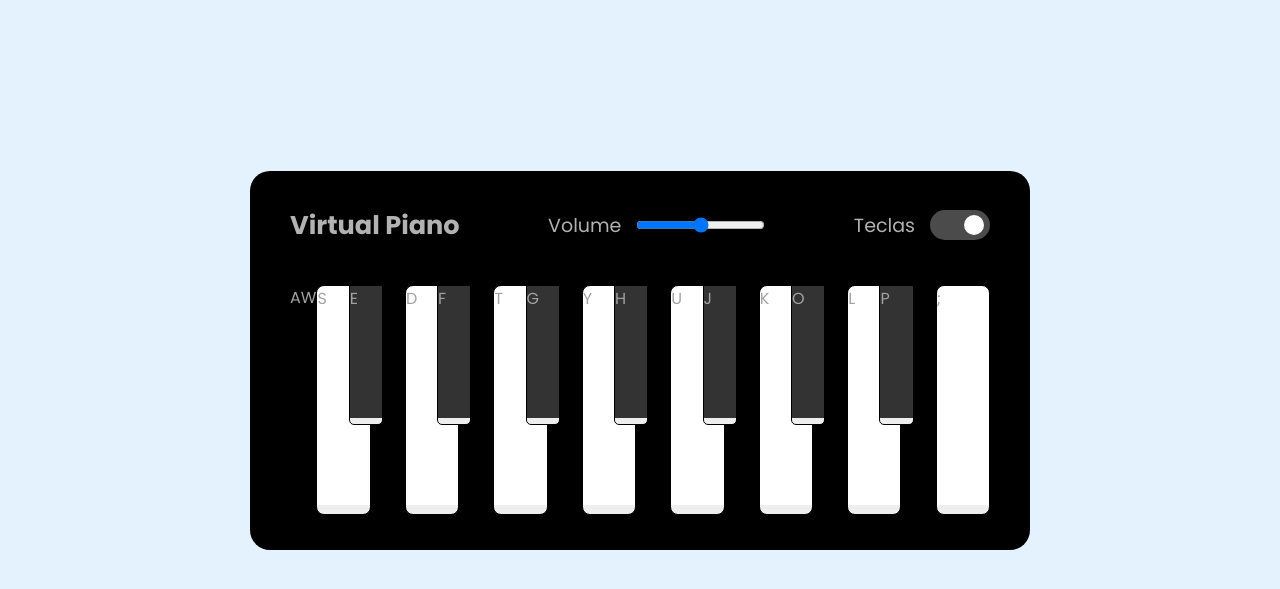
Repository: gustavotwist/simulador-piano
Page: index.html
The author's editor kept a copy of each file at every save. The page is drawn from the files as they stood at one save, then again after a run of saves.
The browser window is 1280 px wide. The pictures show the whole page.

Above is the page before, as saved 2024-11-30 17:58:59.

After the next 3 saves:
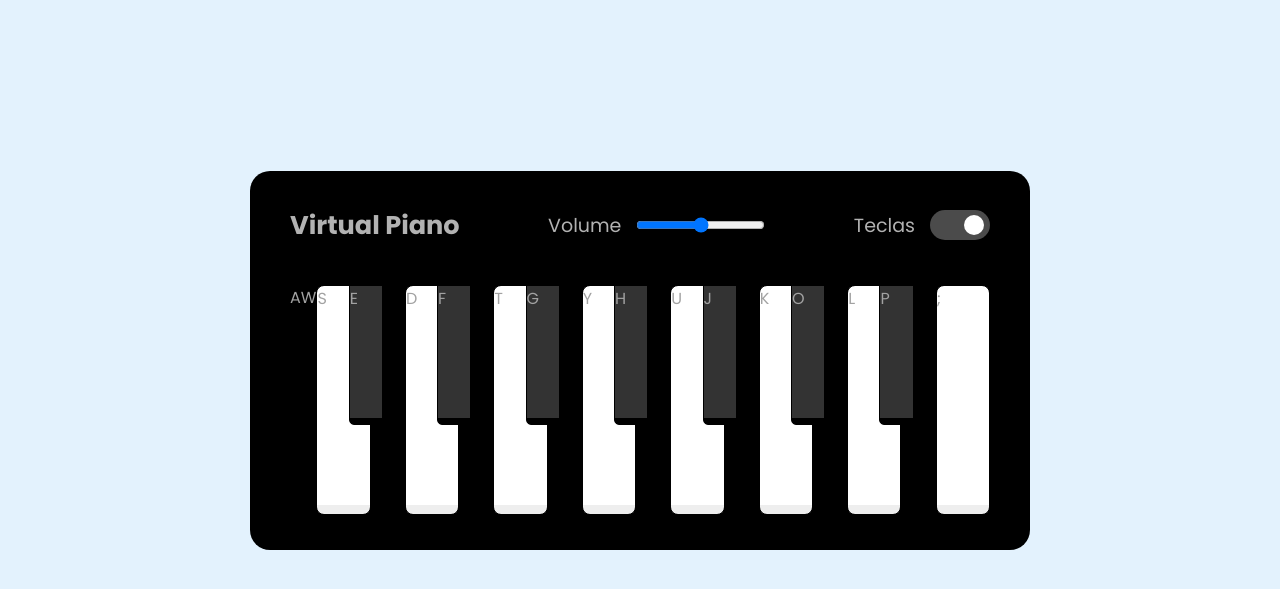
The 3 saves are shown as one change because they came seconds apart.
The last was saved 11 s later.
--- a/src/styles/main.css
+++ b/src/styles/main.css
@@ -97,5 +97,5 @@ header .column span {
     margin: 0 22px 0 -22px;
     border: 1px solid black;
     border-radius: 0 0 5px 5px;
-    background: linear-gradient(#333 96%, #eee 4%);
+    background: linear-gradient(#333 96%, #000 4%);
 }
